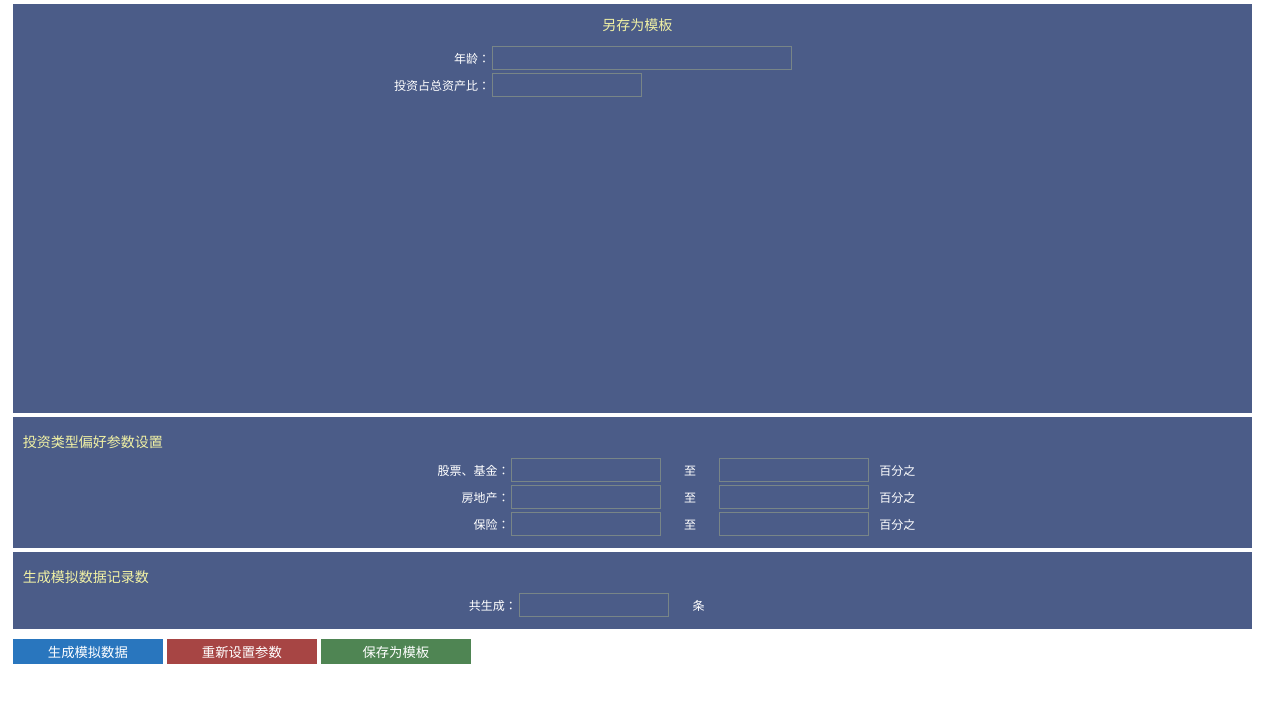
Repository: trieyouth/BigData
Page: http://localhost/BigData/WEB-INF/views/invesr-client-perference-analyse-system/data-collect/saveAsTemplate.jsp
The author's editor kept a copy of each file at every save. The page is drawn from the files as they stood at one save, then again after the next save.
The browser window is 1280 px wide. The pictures show the whole page.
The page is served by Tomcat 9. Nobody is signed in. The template is opened directly, without the code that normally fills it, so the values that code supplies are empty.

Above is the page before, as saved 2016-03-13 03:40:04.

After the next save:
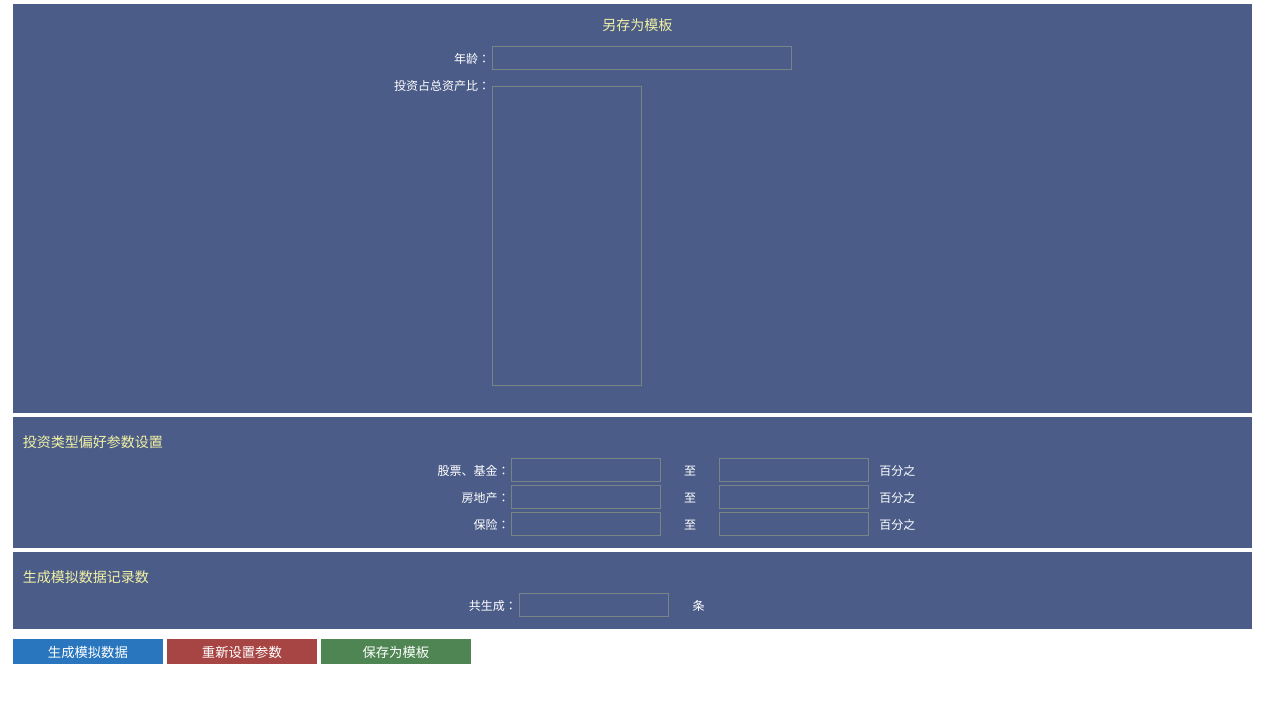
Saved 56 s later.
--- a/BigData/WebRoot/WEB-INF/views/invesr-client-perference-analyse-system/data-collect/saveAsTemplate.jsp
+++ b/BigData/WebRoot/WEB-INF/views/invesr-client-perference-analyse-system/data-collect/saveAsTemplate.jsp
@@ -52,12 +52,12 @@ String basePath = request.getScheme()+"://"+request.getServerName()+":"+request.
       </tr>
       <tr>
         <td width="30%"  height="25"  style="text-align:right" ><label id="labelbody" > 投资占总资产比： </label></td>
-        <td width="70%"  height="25"  ><label id="labelbody" >
-            <input  type="text" id="inputwidth"  name="minInvestAssetRate" > </label></td>
+        <td width="70%"  height="25" rowspan="2" ><label id="labelbody" >
+            <input  type="text" id="inputwidth" style="height:300px;" name="minInvestAssetRate" > </label></td>
       </tr>
       <tr>
          <td style="height:300px;"></td>
-         <td></td>
+
       </tr>
       <tr>
         <td colspan="2"></td>
